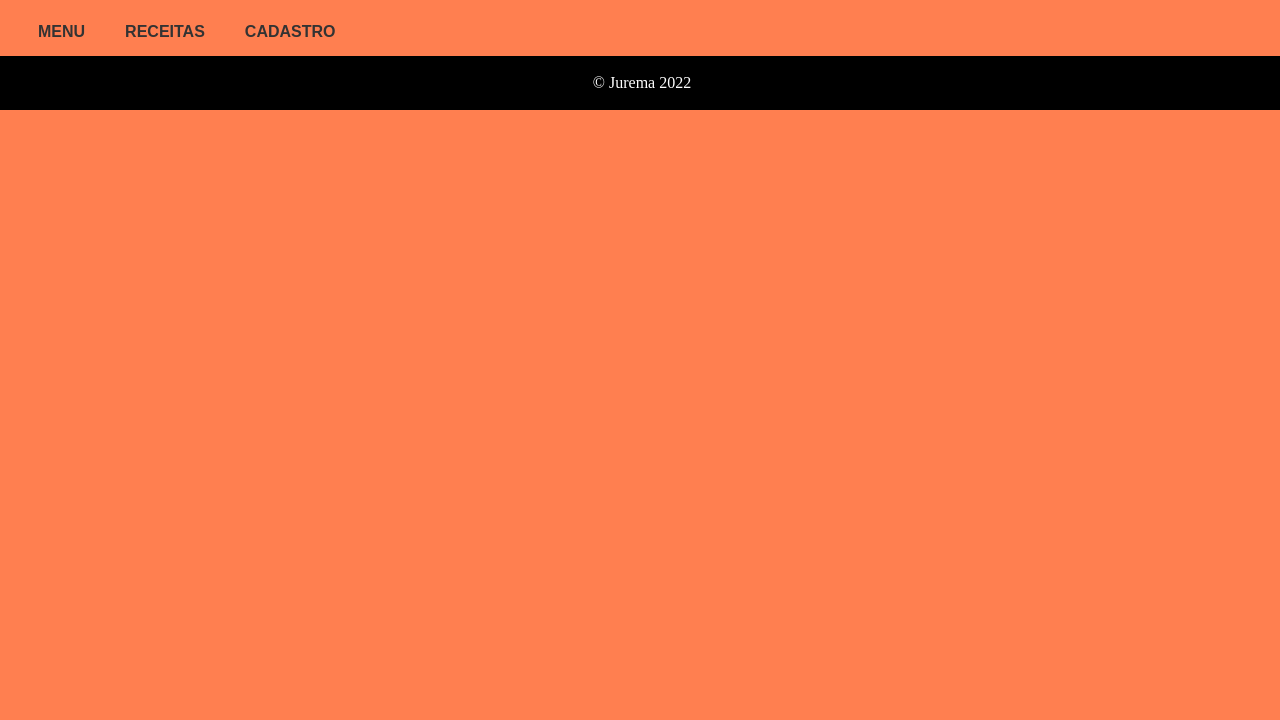
Repository: devropaes/RECEITAS
Page: OneDrive/Área de Trabalho/Estudos/Estácio/receitas/cadastro.html
The author's editor kept a copy of each file at every save. The page is drawn from the files as they stood at one save, then again after the next save.
The browser window is 1280 px wide. The pictures show the whole page.

Above is the page before, as saved 2024-03-11 19:16:36.

### OneDrive/Área de Trabalho/Estudos/Estácio/receitas/cadastro.html
<!DOCTYPE html>
<html lang="pt-br">

<head>
    <meta charset="UTF-8">
    <meta http-equiv="X-UA-Compatible" content="IE=edge">
    <meta name="viewport" content="width=device-width, initial-scale=1.0">

    <title>CADASTRO</title>
    <link rel="stylesheet" href="./formatos.css">
    </head>

    <body>
    <header class="cabecalho">
      <nav class="cabecalho__menu">
          <a class="cabecalho__menu__link" href="index.html">MENU</a>
          <a class="cabecalho__menu__link" href="index.html">RECEITAS</a>
          <a class="cabecalho__cadastro__link" href="index.html">CADASTRO</a>

      </nav>
      </header>

      <footer class="rodape">
        <p>&copy; Jurema 2022 </p>
     </footer>

   </body>
 </html>

### OneDrive/Área de Trabalho/Estudos/Estácio/receitas/formatos.css

body {
    background-color:#ff7f50;

}

.cabecalho{
    font-family:"krona one",sans-serif ;
    font-weight: 600;
    color: #333;
    padding: 10px;
    text-decoration: none;
}

.cabecalho__menu {
    font-family: "Krona One", sans-serif;
    font-weight: 600;
    display: flex;
    justify-content: left;
    color:#333;
    text-decoration: none;

}


.cabecalho__menu__link {
    font-family: "Krona One", sans-serif;
    font-weight: 600;
    color: #333;
    text-decoration: none;
    padding: 5px 10px;
    margin: 0 10px;
    pad: 50px;

}
.cabecalho__cadastro__link {
    font-family: "Krona One", sans-serif;
    font-weight: 600;
    color: #333;
    text-decoration: none;
    padding: 5px 10px;
    margin: 0 10px;
    pad: 50px;
}


.apresentacao {
    font-family: "Krona One", sans-serif;
    font-weight: 600;
    background-color: #ff7f50;
    text-align: center;
    padding: 50px;
}

.apresentacao__conteudo {
    img: 33x32px;
    font-family: "Krona One", sans-serif;
    font-weight: 600;
    max-width: 600px;
    margin: 0 auto;
    pad: 60px;
}

.apresentacao__conteudo {
    font-family: "Krona One", sans-serif;
    font-weight: 600;
    color: #333;
    pad:62px;

}
.apresentacao__conteudo__titulo {
    justify-items:right;
    width: 60%;

}


.apresentacao__receitas__link {
    align-items: center;
    display:flex;
    gap: 16px;
    width: 50%;
    text-align: center;

}


.rodape {
    background-color: #000;
    color: #fff;
    text-align: center;
    padding: 2px;
    position: fixed;
    border-bottom: #fff;
    left: 0; /* Alteração aqui para fixar o rodapé no lado esquerdo */
    width: 100%;
    margin: 0;
    max-width: 100%;

}

@media (max-width: 1200px) {
    .cabecalho {
        padding: 0%;
    }
    .apresentacao {
        align-items: center;
        padding: 5%;
        width: auto;
    }

}

After the next save:
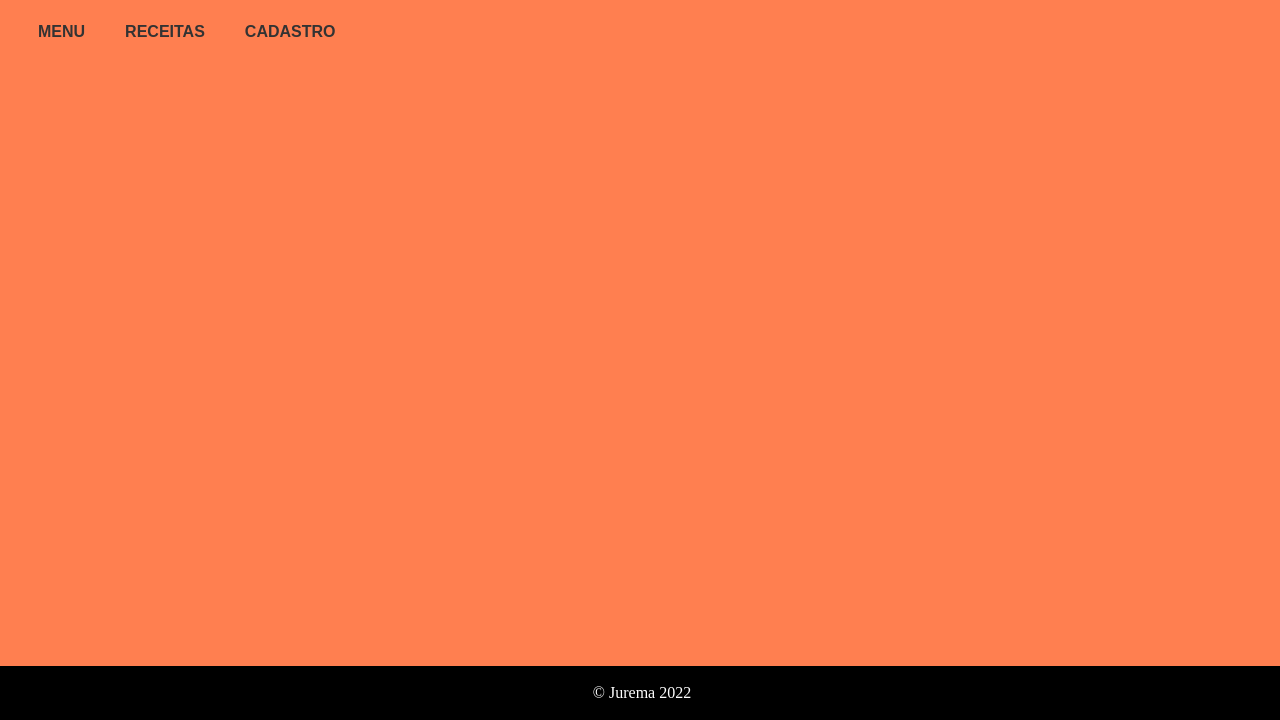
Saved 27 s later.
--- a/OneDrive/Área de Trabalho/Estudos/Estácio/receitas/formatos.css
+++ b/OneDrive/Área de Trabalho/Estudos/Estácio/receitas/formatos.css
@@ -93,6 +93,7 @@ body {
     position: fixed;
     border-bottom: #fff;
     left: 0; /* Alteração aqui para fixar o rodapé no lado esquerdo */
+    bottom: 0%;
     width: 100%;
     margin: 0;
     max-width: 100%;
